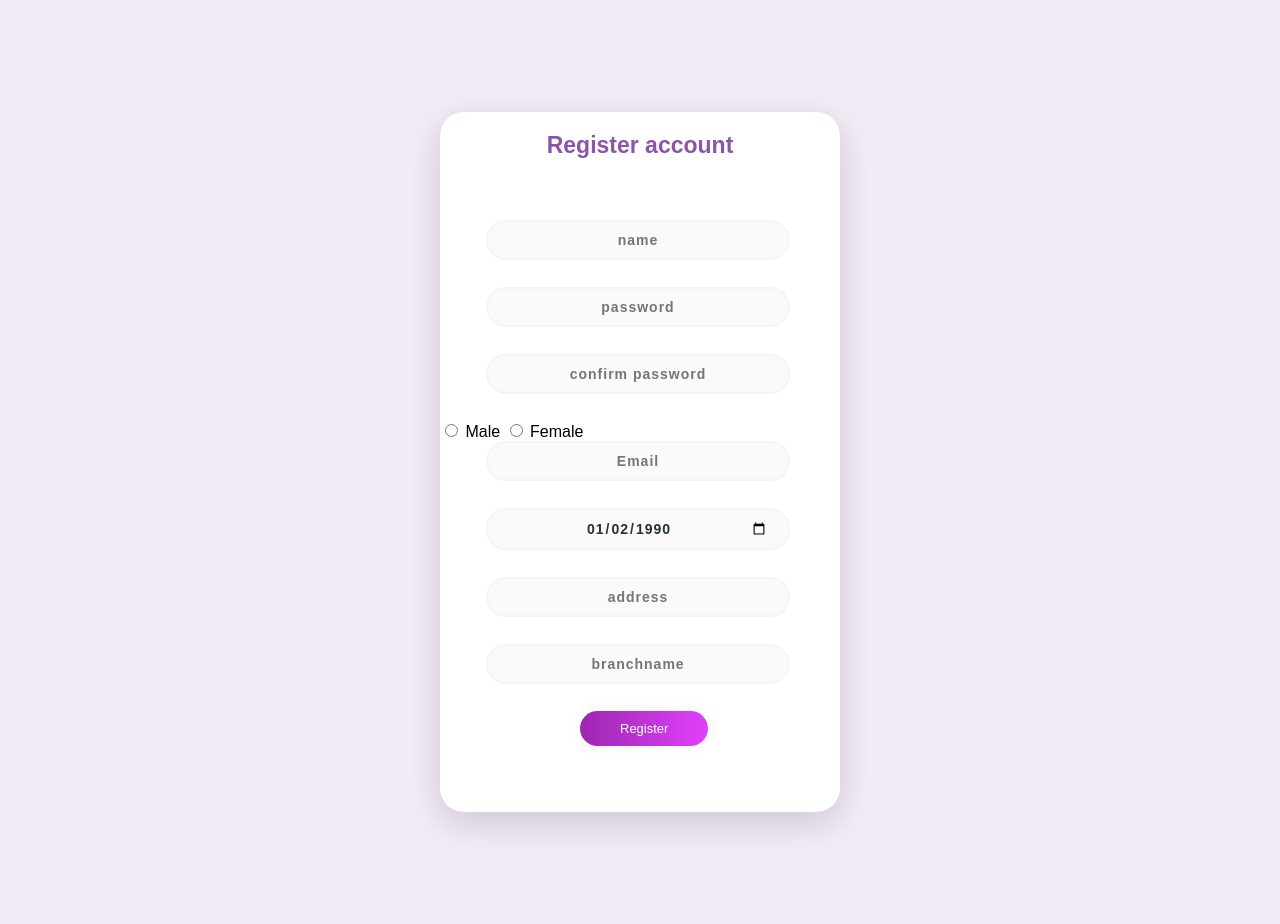
Repository: anujs099/bankingapp
Page: banking-application-final/WebContent/Register.html
These files come from the project's save history. The page is drawn as it stood at one moment and after the next save; the edit follows.
The browser window is 1280 px wide. The pictures show the whole page.

Above is the page before, as saved 2021-03-07 14:58:35.

### banking-application-final/WebContent/Register.html
<!DOCTYPE html>
<html>
<head>
<meta charset="ISO-8859-1">
<title>Insert title here</title>
<link rel="stylesheet" href="LoginFile.css">
</head>
<body>
<div class="main" style="width: 400px;
        height: 700px;">
        <p class="sign" align="center" style="padding:20px">Register account</p>
<Form action="registerservlet" method="post" ><br>
<input type="text" placeholder="name" name="firstname" class="un"><br>
<input type="password" placeholder="password" name="password" class="un"><br>
<input type="password" placeholder="confirm password" class="un"><br>
<div class="control" class="un">
  <label class="radio">
    <input type="radio" name="answer" value="male"></input>
   	Male
  </label>
  <label class="radio">
    <input type="radio" name="answer" value="female"></input>
    Female
  </label>
</div>
<input type="email" placeholder="Email" name="email" class="un"><br>
<input type="date" min="1990-01-01" max="2030-02-08" value="1990-01-02" name="date" class="un"><br>
<input type="text" placeholder="address" name="Address" class="un"><br>
<input type="text" placeholder="branchname" name="branch" class="un"><br>
<input type="submit" value="Register" class="submit"><br>
</Form>
</div>
</body>
</html>

### banking-application-final/WebContent/LoginFile.css
@charset "ISO-8859-1";
 body {
        background-color: #F3EBF6;
        font-family: 'Ubuntu', sans-serif;
    }

    .main {
        background-color: #FFFFFF;
        width: 400px;
        height: 400px;
        margin: 7em auto;
        border-radius: 1.5em;
        box-shadow: 0px 11px 35px 2px rgba(0, 0, 0, 0.14);
    }

    .sign {
        padding-top: 40px;
        color: #8C55AA;
        font-family: 'Ubuntu', sans-serif;
        font-weight: bold;
        font-size: 23px;
    }

    .un {
    width: 76%;
    color: rgb(38, 50, 56);
    font-weight: 700;
    font-size: 14px;
    letter-spacing: 1px;
    background: rgba(136, 126, 126, 0.04);
    padding: 10px 20px;
    border: none;
    border-radius: 20px;
    outline: none;
    box-sizing: border-box;
    border: 2px solid rgba(0, 0, 0, 0.02);
    margin-bottom: 50px;
    margin-left: 46px;
    text-align: center;
    margin-bottom: 27px;
    font-family: 'Ubuntu', sans-serif;
    }

    form.form1 {
        padding-top: 40px;
    }

    .pass {
            width: 76%;
    color: rgb(38, 50, 56);
    font-weight: 700;
    font-size: 14px;
    letter-spacing: 1px;
    background: rgba(136, 126, 126, 0.04);
    padding: 10px 20px;
    border: none;
    border-radius: 20px;
    outline: none;
    box-sizing: border-box;
    border: 2px solid rgba(0, 0, 0, 0.02);
    margin-bottom: 50px;
    margin-left: 46px;
    text-align: center;
    margin-bottom: 27px;
    font-family: 'Ubuntu', sans-serif;
    }


    .un:focus, .pass:focus {
        border: 2px solid rgba(0, 0, 0, 0.18) !important;

    }

    .submit {
      cursor: pointer;
        border-radius: 5em;
        color: #fff;
        background: linear-gradient(to right, #9C27B0, #E040FB);
        border: 0;
        padding-left: 40px;
        padding-right: 40px;
        padding-bottom: 10px;
        padding-top: 10px;
        font-family: 'Ubuntu', sans-serif;
        margin-left: 35%;
        font-size: 13px;
        box-shadow: 0 0 20px 1px rgba(0, 0, 0, 0.04);
    }

    .forgot {
        text-shadow: 0px 0px 3px rgba(117, 117, 117, 0.12);
        color: #E1BEE7;
        padding-top: 15px;
    }

    a {
        text-shadow: 0px 0px 3px rgba(117, 117, 117, 0.12);
        color: #E1BEE7;
        text-decoration: none
    }

    @media (max-width: 600px) {
        .main {
            border-radius: 0px;
        }

    }

After the next save:
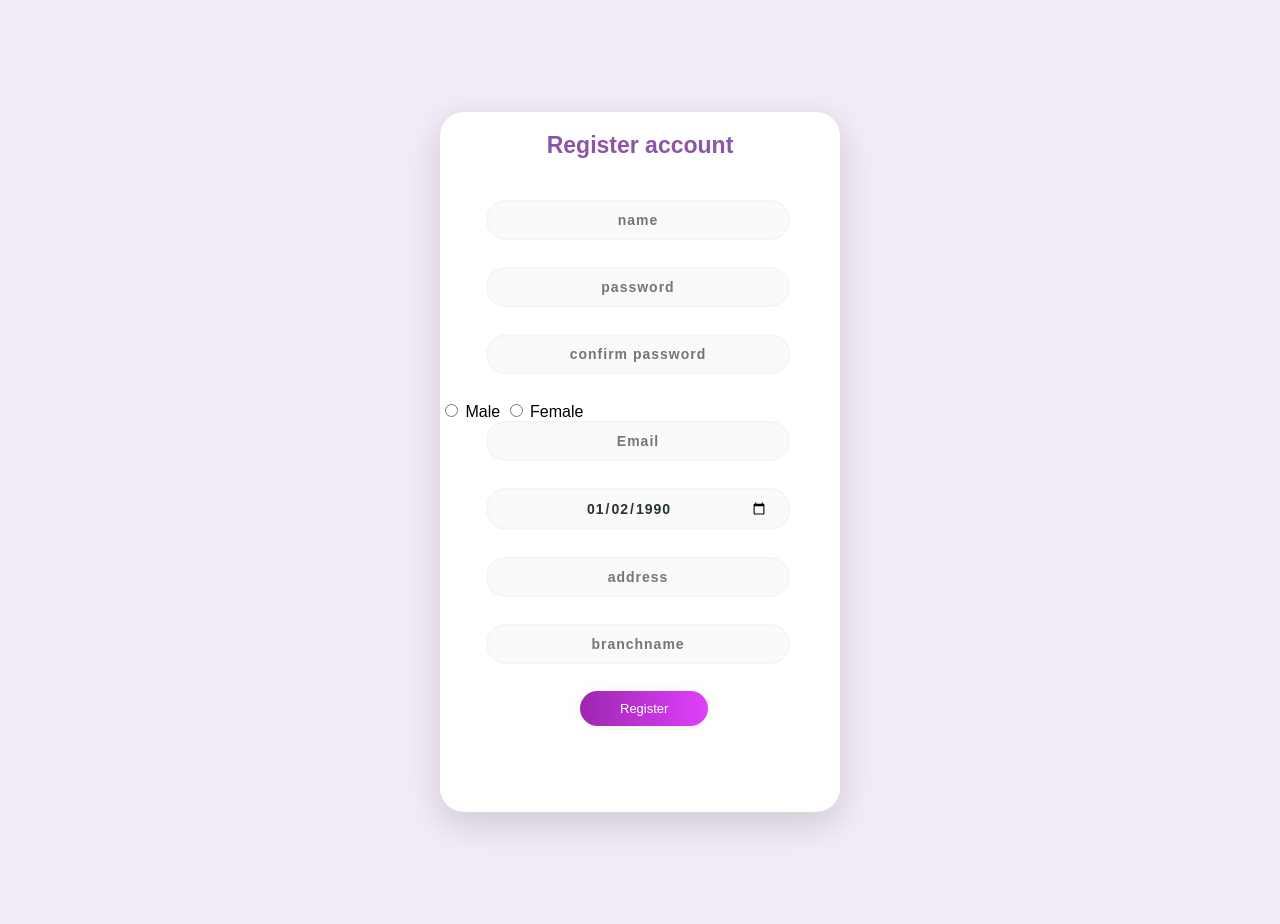
Saved 5 min 8 s later.
--- a/banking-application-final/WebContent/Register.html
+++ b/banking-application-final/WebContent/Register.html
@@ -8,7 +8,7 @@
 <body>
 <div class="main" style="width: 400px;
         height: 700px;">
-        <p class="sign" align="center" style="padding:20px">Register account</p>
+        <p class="sign" align="center" style="padding-top:20px">Register account</p>
 <Form action="registerservlet" method="post" ><br>
 <input type="text" placeholder="name" name="firstname" class="un"><br>
 <input type="password" placeholder="password" name="password" class="un"><br>
